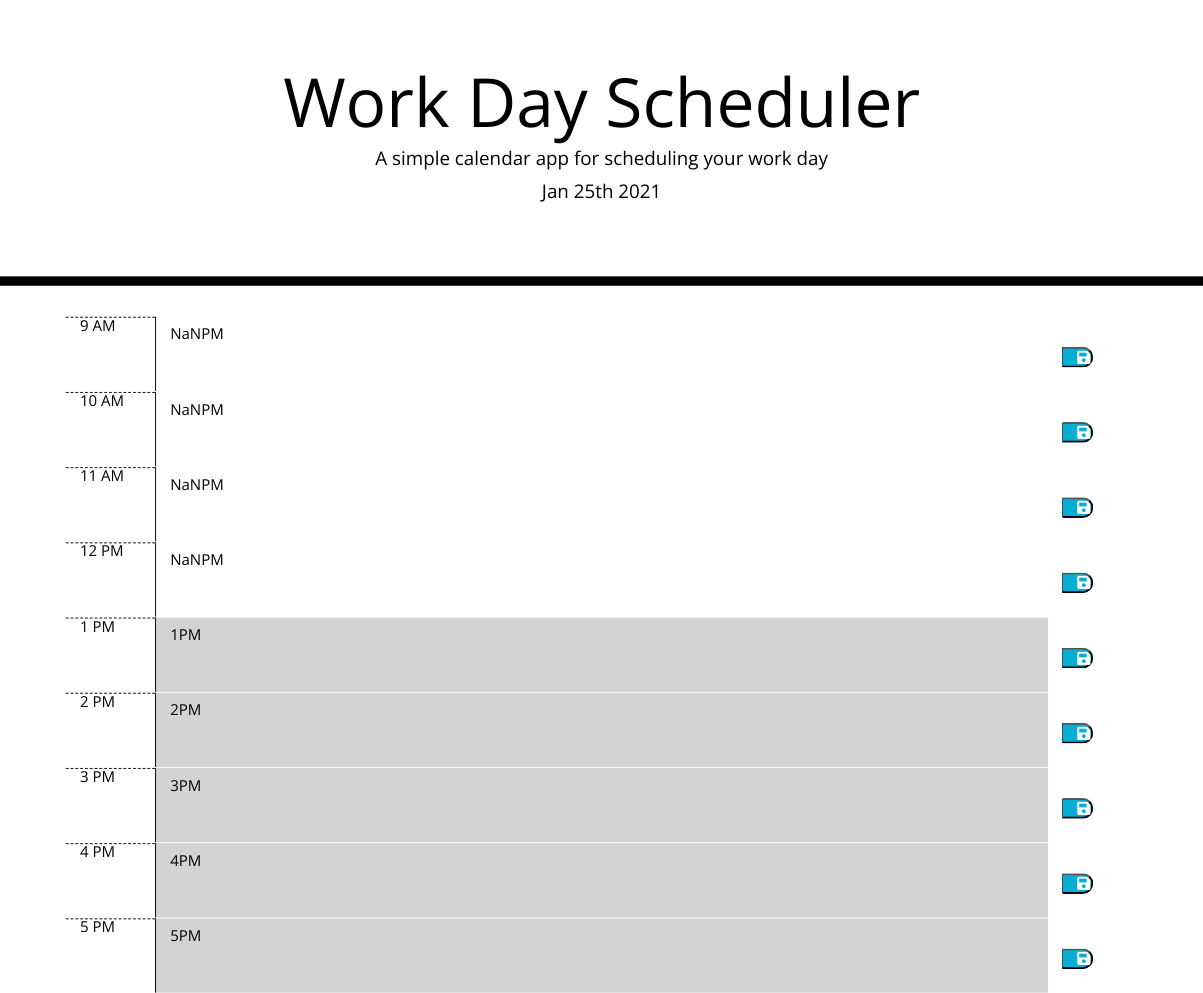
Repository: UPye/workDayScheduler
Page: index.html
The author's editor kept a copy of each file at every save. The page is drawn from the files as they stood at one save, then again after a run of saves.
The browser window is 1280 px wide. The pictures show the whole page, at 94% of full size.
Some web libraries are served in a nearby version.

Above is the page before, as saved 2021-01-25 21:59:58.

### index.html
<!DOCTYPE html>
<html lang="en">
  <head>
    <meta charset="UTF-8" />
    <meta name="viewport" content="width=device-width, initial-scale=1.0" />
    <meta http-equiv="X-UA-Compatible" content="ie=edge" />
    <link
      rel="stylesheet"
      href="https://stackpath.bootstrapcdn.com/bootstrap/4.3.1/css/bootstrap.min.css"
    />
    <link
      rel="stylesheet"
      href="https://use.fontawesome.com/releases/v5.8.1/css/all.css"
      integrity="sha384-50oBUHEmvpQ+1lW4y57PTFmhCaXp0ML5d60M1M7uH2+nqUivzIebhndOJK28anvf"
      crossorigin="anonymous"
    />
    <link
      href="https://fonts.googleapis.com/css?family=Open+Sans&display=swap"
      rel="stylesheet"
    />
    <link rel="stylesheet" href="./assets/CSS/style.css" />
    <title>Work Day Scheduler</title>
  </head>

  <body>
    <header class="jumbotron">
      <h1 class="display-3">Work Day Scheduler</h1>
      <p class="lead">A simple calendar app for scheduling your work day</p>
      <p id="currentDay" class="lead"></p>
    </header>

      <!-- Timeblocks go here -->
    <main class="container">
      <section class="row timeblocks" id="ls">
        <div class="col-1 hour">9 AM</div>
        <textarea id="hour-9" class="task col-10" name="server" autocomplete="off"></textarea>
        <div class="col-1 save">
          <button type="button" id="save-9" data-id="9" class="saveBtn col-1"><i class="fas fa-save"></i></button>
        </div>
      </section>
      <section class="row timeblocks">
        <div class="col-1 hour">10 AM</div>
        <textarea id="hour-10" class="col-10 task" placeholder="" autocomplete="off"></textarea>
        <div class="col-1 save">
          <button type="button" id="save-10" data-id="10" class="saveBtn col-1"><i class="fas fa-save"></i></button>
        </div>
      </section>
      <section class="row timeblocks">
        <div class="col-1 hour">11 AM</div>
        <textarea id="hour-11" class="col-10 task" placeholder="" autocomplete="off"></textarea>
        <div class="col-1 save">
          <button type="button" id="save-11" data-id="11" class="saveBtn col-1"><i class="fas fa-save"></i></button>
        </div>
      </section>
      <section class="row timeblocks">
        <div class="col-1 hour">12 PM</div>
        <textarea id="hour-12" class="col-10 task" placeholder="" autocomplete="off"></textarea>
        <div class="col-1 save">
          <button type="button" id="save-12" data-id="12" class="saveBtn col-1"><i class="fas fa-save"></i></button>
        </div>
      </section>
      <section class="row timeblocks">
        <div class="col-1 hour">1 PM</div>
        <textarea id="hour-1" data-id="1" class="task col-10" placeholder="" autocomplete="off"></textarea>
        <div class="col-1 save">
          <button type="button" id="save-1" data-id="1" class="saveBtn col-1"><i class="fas fa-save"></i></button>
        </div>
      </section>
      <section class="row timeblocks">
        <div class="col-1 hour">2 PM</div>
        <textarea id="hour-2" data-id="2" class="task col-10" placeholder="" autocomplete="off"></textarea>
        <div class="col-1 save">
          <button type="button" id="save-2" data-id="2" class="saveBtn col-1"><i class="fas fa-save"></i></button>
        </div>
      </section>
      <section class="row timeblocks">
        <div class="col-1 hour">3 PM</div>
        <textarea id="hour-3" data-id="3" class="task col-10" placeholder="" autocomplete="off"></textarea>
        <div class="col-1 save">
          <button type="button" id="save-3" data-id="3" class="saveBtn col-1"><i class="fas fa-save"></i></button>
        </div>
      </section>
      <section class="row timeblocks">
        <div class="col-1 hour">4 PM</div>
        <textarea id="hour-4" data-id="4" class="task col-10" placeholder="" autocomplete="off"></textarea>
        <div class="col-1 save">
          <button type="button" id="save-4" data-id="4" class="saveBtn col-1"><i class="fas fa-save"></i></button>
        </div>
      </section>
      <section class="row timeblocks">
        <div class="col-1 hour">5 PM</div>
        <textarea id="hour-5" data-id="5" class="task col-10" placeholder="" autocomplete="off"></textarea>
        <div class="col-1 save">
          <button type="button" id="save-5" data-id="5" class="saveBtn col-1"><i class="fas fa-save"></i></button>
        </div>
      </section>
    </div>

    <script src="https://code.jquery.com/jquery-3.4.1.min.js"></script>
    <script src="https://cdnjs.cloudflare.com/ajax/libs/moment.js/2.24.0/moment.min.js"></script>
    <script src="./assets/JS/script.js"></script>
  </body>
</html>

### assets/CSS/style.css
body {
  font-family: 'Open Sans', sans-serif;
  font-size: 16px;
  line-height: 1;
}

textarea {
  background: transparent;
  border: none;
  resize: none;
  color: #000000;
  border-left: 1px solid black;
  padding: 10px;
}

.jumbotron {
  text-align: center;
  background-color: transparent;
  color: black;
  border-radius: 0;
  border-bottom: 10px solid black;
}

.description {
  white-space: pre-wrap;
}

.time-block {
  text-align: center;
  border-radius: 15px;
}

.row {
  white-space: pre-wrap;
  height: 80px;
  border-top: 1px solid white;;
}

.hour {
  background-color: #ffffff;
  color: #000000;
  border-top: 1px dashed #000000;
}

.past {
  background-color: #d3d3d3;
  color: black;
}

.present {
  background-color: #ff6961;
  color: black;
}

.future {
  background-color: #77dd77;
  color: black;
}

.saveBtn {
  border-left: 1px solid black;
  border-top-right-radius: 15px;
  border-bottom-right-radius: 15px;
  background-size: 1px 100px;
  background-color: #06AED5;
  color: white;
}

.saveBtn i:hover {
  font-size: 20px;
  transition: all .3s ease-in-out;
}

### assets/JS/script.js
// Displays the date at the top
var date = moment().format("MMM Do YYYY");
$("#currentDay").text(date);

// Continually check for the time, in case task due dates are approaching
var currentTime = parseInt(moment().format("H"));
var aryTasks = [];


// Listens for click events on clickable items
$("button").on("click", function(event) {

    var calendarEntryId = $(this).attr("data-id");
    var calendarTextElement = "#hour-" + calendarEntryId;
    var calendarText = $(calendarTextElement).val();

    console.log(calendarText);

    var createObject = {
        hour: parseInt(calendarEntryId),
        task: calendarText
    };

    aryTasks.push(createObject);

    // Upload input to localStorage
    localStorage.setItem("taskData", JSON.stringify(aryTasks));
});

var updateInfo = function () {
    date = moment();
    datetime.html(date.format("dddd, MMMM Do YYYY, h:mm:ss a"));
};


// Check if task is in the past, present, or future
$("textarea").each(function() {
    var calendarTime = parseInt($(this).attr("data-id"));
        $(this).removeClass("past");
        $(this).removeClass("present");
        $(this).removeClass("future");

        // Get data from the localStorage
        if (calendarTime >= 9 && calendarTime <= 11){
            $(this).val(calendarTime + "AM");
        } else {
            $(this).val(calendarTime + "PM");
        }
        if (calendarTime < currentTime) {
            $(this).addClass("past");
        }
        else if (calendarTime === currentTime) {
            $(this).addClass("present");
        }
        else if (calendarTime > currentTime) {
            $(this).addClass("future");
        };
});

aryTasks = JSON.parse(localStorage.getItem("taskData")) || [];

var renderData = function() {
    for(i=0; i < aryTasks.length; i++) {
        let input = $("#hour-" + aryTasks[i].hour);
        input.val(aryTasks[i].task);
    }
};

renderData();

After the next 2 saves:
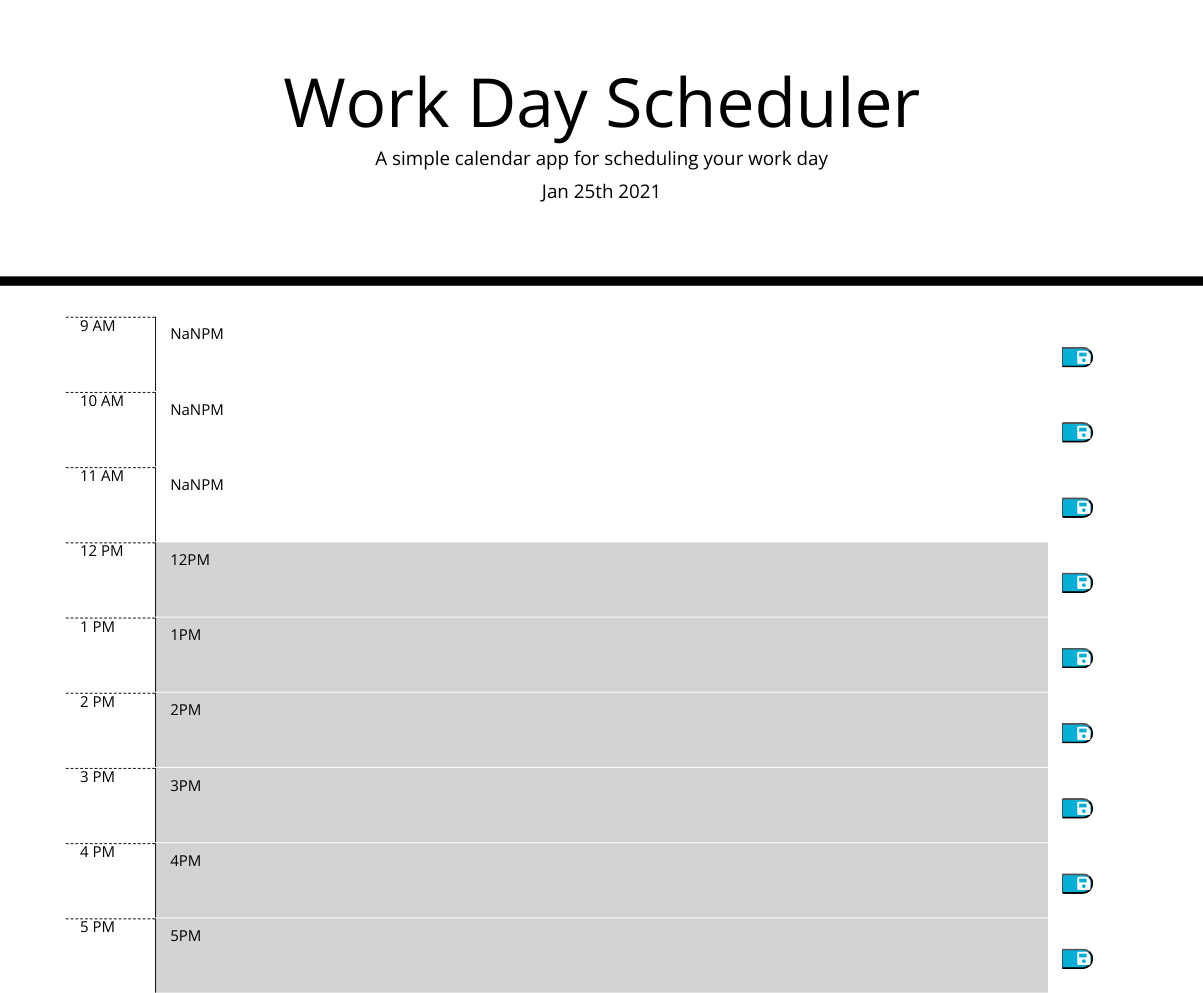
The 2 saves are shown as one change because they came seconds apart.
The last was saved 15 s later.
--- a/index.html
+++ b/index.html
@@ -54,7 +54,7 @@
       </section>
       <section class="row timeblocks">
         <div class="col-1 hour">12 PM</div>
-        <textarea id="hour-12" class="col-10 task" placeholder="" autocomplete="off"></textarea>
+        <textarea id="hour-12" data-id="12" class="col-10 task" placeholder="" autocomplete="off"></textarea>
         <div class="col-1 save">
           <button type="button" id="save-12" data-id="12" class="saveBtn col-1"><i class="fas fa-save"></i></button>
         </div>
